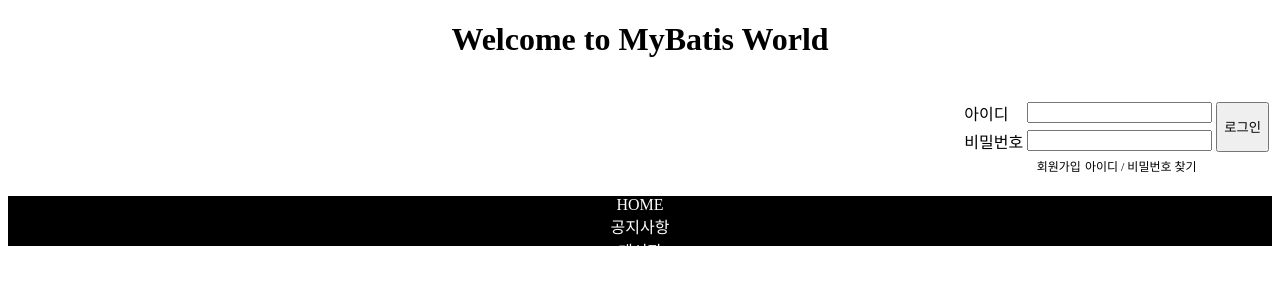
Repository: kimalbab/07_mybatis
Page: http://localhost/mybatisProject/
The author's editor kept a copy of each file at every save. The page is drawn from the files as they stood at one save, then again after the next save.
The browser window is 1280 px wide. The pictures show the whole page.
The page is served by Tomcat 9.

Above is the page before, as saved 2022-08-12 06:05:19.

After the next save:
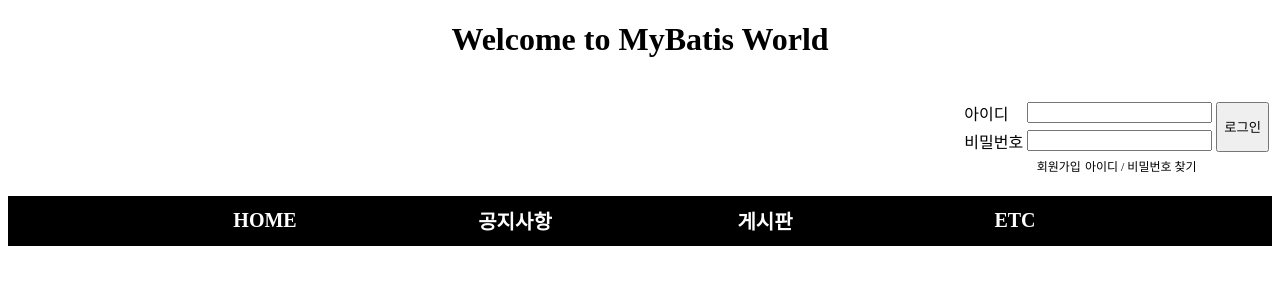
Saved 75 s later.
--- a/mybatisProject/src/main/webapp/WEB-INF/views/common/menubar.jsp
+++ b/mybatisProject/src/main/webapp/WEB-INF/views/common/menubar.jsp
@@ -17,6 +17,15 @@
 		background-color:black;
 		color:white;
 		height:50px;
+	}
+
+	.menu{
+		display:table-cell;
+		width:250px;
+		height:50px;
+		vertical-align:middle;
+		font-size:20px;
+		font-weight:bold;
 	}
 </style>
 </head>
